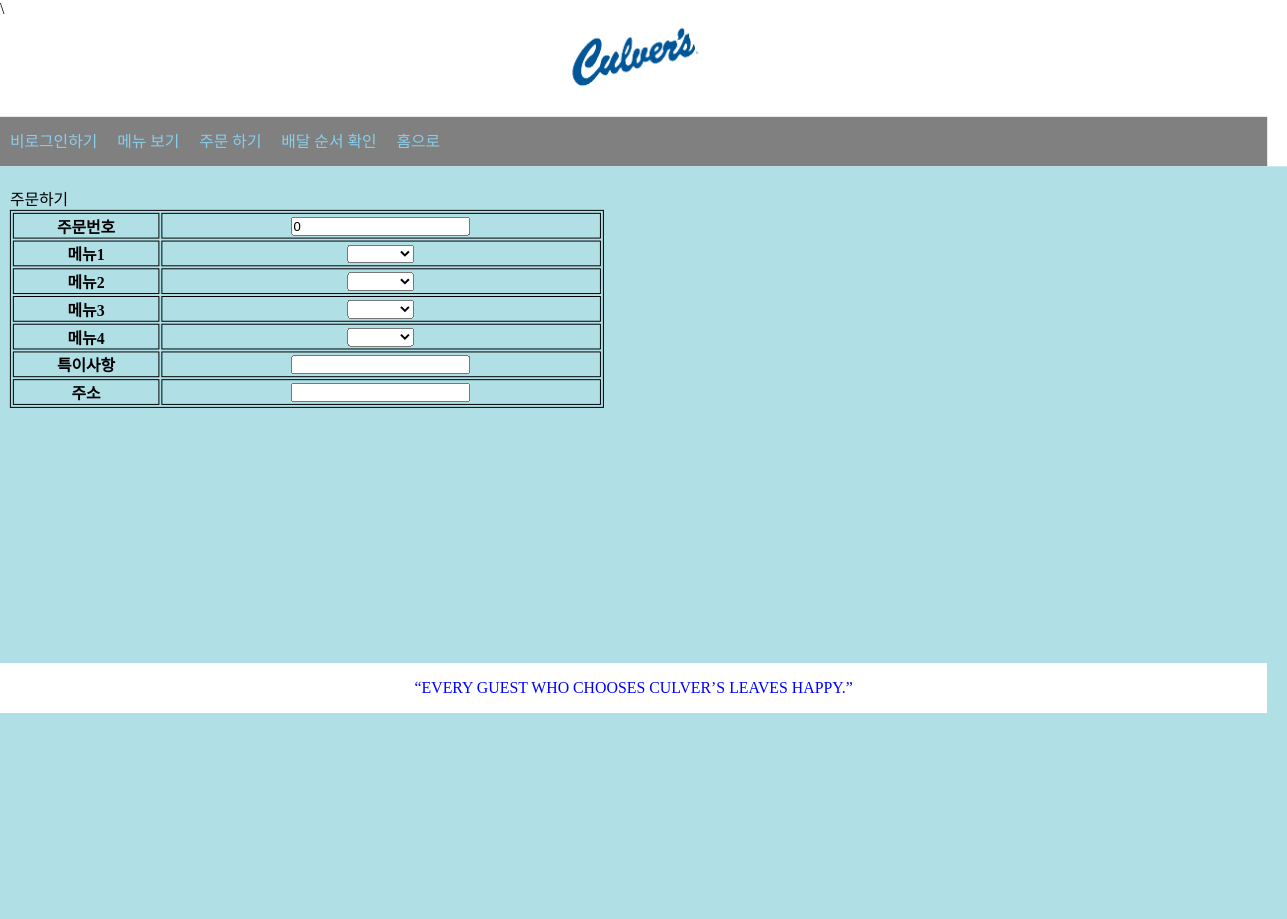
Repository: andy981217/culvers
Page: http://localhost/Culvers/order
An editor plug-in stored every save of this project. The page is shown before and after the next save, followed by the edit.
The browser window is 1280 px wide. The page is 1300 px wide, so the pictures cover 1300 px, including what lies to the right of the window. The pictures show the whole page, at 99% of full size.
The page is served by Tomcat 9. Other server files are loaded and not shown. Queries for data that is not in the repository find no rows.

Above is the page before, as saved 2022-12-28 06:57:34.

### Culvers/src/main/webapp/order.jsp
<%@ page language="java" contentType="text/html; charset=UTF-8"
	pageEncoding="UTF-8"%>
<%
request.setCharacterEncoding("UTF-8");
%>
<%
request.setCharacterEncoding("UTF-8");
int order_no = 0;
order_no = (Integer) request.getAttribute("order_no");
%>
<!DOCTYPE html>
<html>
<head>
<meta charset="UTF-8">
<title>Insert title here</title>\
<link rel="stylesheet" href="style.css">
</head>
<body>
	<%@ include file="topmenu.jsp"%>
	<section>
		<div class="title">주문하기</div>
		<form name="frm" action="orderMenu">
			<div name="wrapper">
				<table>
					<tr>
						<th>주문번호</th>
						<td><input type="text" name="order_no"  value="<%=order_no%>"
							readonly></td>
					</tr>
					<tr>
						<th>메뉴1</th>
						<td><select name="menu">
								<option></option>
								<option value="1">햄버거1</option>
								<option value="2">햄버거2</option>
								<option value="3">감튀1</option>
								<option value="4">감튀2</option>
								<option value="5">콜라</option>
								<option value="6">사이다</option>
								<option value="7">쉐이크1</option>
								<option value="8">쉐이크2</option>
						</select></td>
					</tr>
					<tr>
						<th>메뉴2</th>
						<td><select name="menu">
								<option></option>
								<option value="1">햄버거1</option>
								<option value="2">햄버거2</option>
								<option value="3">감튀1</option>
								<option value="4">감튀2</option>
								<option value="5">콜라</option>
								<option value="6">사이다</option>
								<option value="7">쉐이크1</option>
								<option value="8">쉐이크2</option>
						</select></td>
					</tr>
					<tr>
						<th>메뉴3</th>
						<td><select name="menu">
								<option></option>
								<option value="1">햄버거1</option>
								<option value="2">햄버거2</option>
								<option value="3">감튀1</option>
								<option value="4">감튀2</option>
								<option value="5">콜라</option>
								<option value="6">사이다</option>
								<option value="7">쉐이크1</option>
								<option value="8">쉐이크2</option>
						</select></td>
					</tr>
					<tr>
						<th>메뉴4</th>
						<td><select name="menu">
								<option></option>
								<option value="1">햄버거1</option>
								<option value="2">햄버거2</option>
								<option value="3">감튀1</option>
								<option value="4">감튀2</option>
								<option value="5">콜라</option>
								<option value="6">사이다</option>
								<option value="7">쉐이크1</option>
								<option value="8">쉐이크2</option>
						</select></td>
					</tr>
					<tr>
						<th>특이사항</th>
						<td><input type="text" name="require"></td>
					</tr>
					<tr>
						<th>주소</th>
						<td><input type="text" name="address"></td>
				</table>
			</div>
		</form>
	</section>
	<%@ include file="footer.jsp"%>
</body>
</html>

### Culvers/src/main/webapp/topmenu.jsp
<%@ page language="java" contentType="text/html; charset=UTF-8"
    pageEncoding="UTF-8"%>
<!DOCTYPE html>
<html>
<head>
<meta charset="UTF-8">
<title>Insert title here</title>
</head>
<body>
	<header>
		<a><img src="./images/logo.png"   ></a>
	</header>
	<nav>
		<ul>
			<li> <a href="add">비로그인하기</a></li>
			<li> <a href="list">메뉴 보기</a></li>
			<li> <a href="order">주문 하기</a></li>
			<li> <a href="check">배달 순서 확인</a></li>
			<li> <a href="home">홈으로</a></li>
		</ul>
	</nav>
</body>
<link href="style.css" rel="stylesheet" type="text/css">
</html>

### Culvers/src/main/webapp/footer.jsp
<%@ page language="java" contentType="text/html; charset=UTF-8"
    pageEncoding="UTF-8"%>
<!DOCTYPE html>
<html>
<head>
<meta charset="UTF-8">
<title>Insert title here</title>
</head>
<body>
	<footer>
		“EVERY GUEST WHO CHOOSES CULVER’S LEAVES HAPPY.”
	</footer>
</body>
<link href="style.css" rel="stylesheet" type="text/css">
</html>

### Culvers/src/main/java/controller/DeliveryController.java
package controller;

import java.io.IOException;
import javax.servlet.ServletException;
import javax.servlet.annotation.WebServlet;
import javax.servlet.http.HttpServlet;
import javax.servlet.http.HttpServletRequest;
import javax.servlet.http.HttpServletResponse;

import DAO.LoginDAO;

@WebServlet("/")
public class DeliveryController extends HttpServlet {
	private static final long serialVersionUID = 1L;

	public DeliveryController() {
		super();
	}

	protected void doGet(HttpServletRequest request, HttpServletResponse response)
			throws ServletException, IOException {
		doPro(request, response);
	}

	protected void doPost(HttpServletRequest request, HttpServletResponse response)
			throws ServletException, IOException {
		request.setCharacterEncoding("UTF-8");
		doPro(request, response);
	}

	protected void doPro(HttpServletRequest request, HttpServletResponse response)
			throws ServletException, IOException {
		request.setCharacterEncoding("UTF-8");
		String context = request.getContentType();
		String command = request.getServletPath();
		String site = null;

		LoginDAO login = new LoginDAO();

		switch (command) {
		case "/add":
			site = login.nextCustno(request, response);
			break;
		case "/insertLog":
			site = login.insertLog(request, response);
			break;
		case "/list":
			site = "list.jsp";
			break;
		case "/order":
			site = login.nextOrder(request,response);
			break;
		/*
		 * case "orderMenu": site = login.orderMenu(request, response); break;
		 */

		}
		getServletContext().getRequestDispatcher("/" + site).forward(request, response);
	}
}

### Culvers/src/main/java/DAO/LoginDAO.java
package DAO;

import java.io.IOException;
import java.sql.Connection;
import java.sql.DriverManager;
import java.sql.PreparedStatement;
import java.sql.ResultSet;

import javax.servlet.ServletException;
import javax.servlet.http.HttpServletRequest;
import javax.servlet.http.HttpServletResponse;

public class LoginDAO {
	Connection conn = null;
	PreparedStatement ps = null;
	ResultSet rs = null;

	// 데이터 베이스 연결
	public static Connection getConnection() throws Exception {
		Class.forName("oracle.jdbc.OracleDriver");
		Connection con = DriverManager.getConnection("jdbc:oracle:thin:@//localhost:1521/xe", "test", "test1234");
		return con;
	}

	public String insertLog(HttpServletRequest request, HttpServletResponse response)
			throws ServletException, IOException {
		int custno = Integer.parseInt(request.getParameter("custno"));
		String name = request.getParameter("name");
		String phone = request.getParameter("phone");
		int result = 0;

		try {
			conn = getConnection();
			String sql = "insert into login values(?,?,?)";
			ps = conn.prepareStatement(sql);
			ps.setInt(1, custno);
			ps.setString(2, name);
			ps.setString(3, phone);

			result = ps.executeUpdate();
			conn.close();
			ps.close();
		} catch (Exception e) {
			e.printStackTrace();
		}
		return "list.jsp";

	}

	public String nextCustno(HttpServletRequest request, HttpServletResponse response)
			throws ServletException, IOException {
		try {
			conn = getConnection();
			String sql = "select max(custno)+1 custno from login";
			ps = conn.prepareStatement(sql);
			rs = ps.executeQuery();
			int custno = 0;
			if (rs.next())
				custno = rs.getInt(1);

			request.setAttribute("custno", custno);
			conn.close();
			ps.close();
			rs.close();

		} catch (Exception e) {
			e.printStackTrace();
		}
		return "login.jsp";
	}
	public String nextOrder(HttpServletRequest request, HttpServletResponse response)
		throws ServletException,IOException{
			try {
				conn=getConnection();
				String sql = "select max(order_no)+1 order_no from delivery ";
				ps = conn.prepareStatement(sql);
				rs= ps.executeQuery();
				int order_no = 0;
				if(rs.next())
					order_no = rs.getInt(1);

				request.setAttribute("order_no", order_no);
				conn.close();
				ps.close();
				rs.close();
			}catch(Exception e) {
				e.printStackTrace();
		}
			return "order.jsp";
	}
}

### Culvers/src/main/webapp/style.css
@charset "UTF-8";

*{
	margin:0;
	padding:0;
}
header{
	height:100px;
	line-height:150px;
	width:100%;
	background:white;
	text-align:center;
	font-size:25px;
	color: #fff;
}

nav ul{
	height:50px;
	line-height:50px;
	width:100%;
	background:gray;
	overflow:hidden;
}
nav ul li {
	float: left;
	list-style: none;
	padding: 0 10px;
}

a {
	text-decoration: none;
	color: skyblue;
}
section {
   position: absolute;
   overflow: auto;
   width: 100%;
   height: 100%;
   background: #B0E0E6;;
   padding: 20px 10px;
}
footer {
	position: fixed;
	bottom: 0;
	width: 100%;
	height: 50px;
	line-height: 50px;
	text-align: center;
	background: white;
	color: blue ;

}
.wrapper{
	display:flex;
	justify-content: center;
	align-items: center;
	text-align: cener;
	height:200px;
}
table{
	width: 600px;
}
table, tr, td, th{
	border: 1px solid black;
	text-align: center;
}

After the next save:
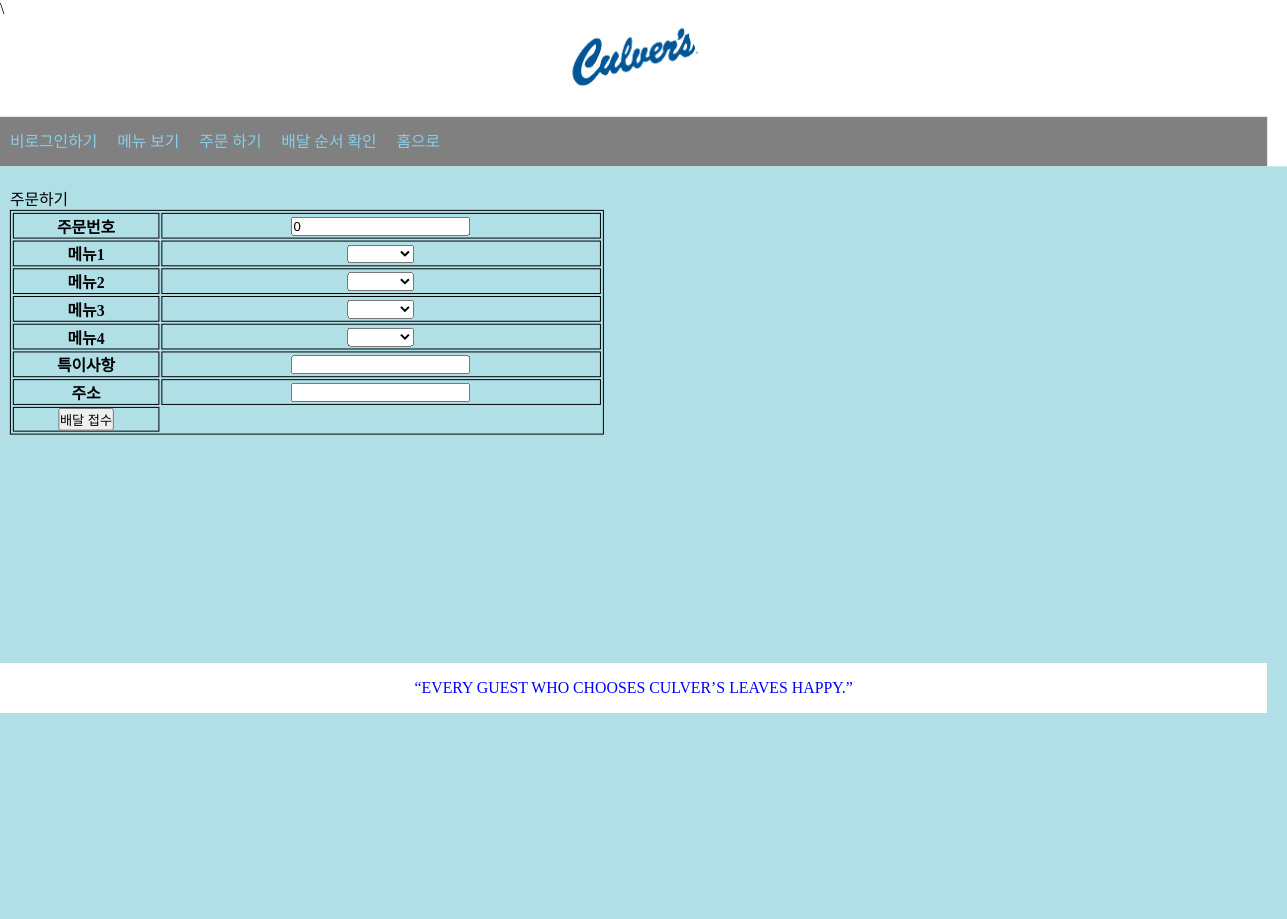
Saved 42 s later.
--- a/Culvers/src/main/webapp/order.jsp
+++ b/Culvers/src/main/webapp/order.jsp
@@ -90,6 +90,11 @@
 					<tr>
 						<th>주소</th>
 						<td><input type="text" name="address"></td>
+					</tr>
+					<tr>
+						<td coldspan="2">
+						<button class="btn" type="submit" onclick="">배달 접수</button>
+					</tr>
 				</table>
 			</div>
 		</form>
